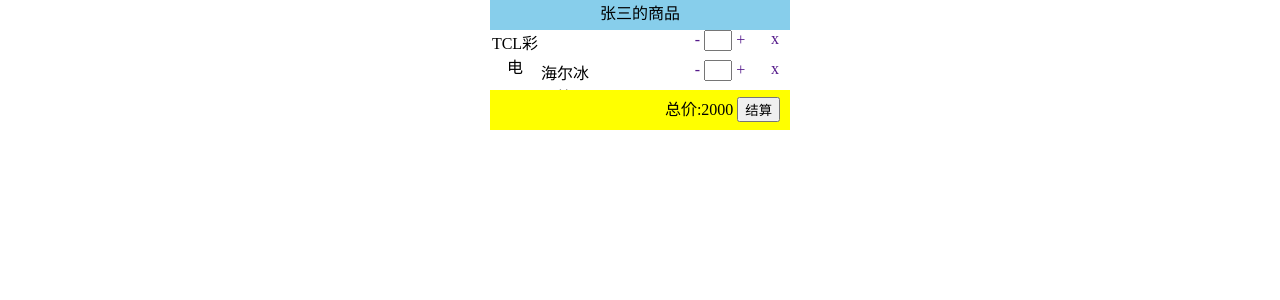
Repository: R1Deemo/Vue
Page: 10购物车.html
An editor plug-in stored every save of this project. The page is shown before and after the next save, followed by the edit.
The browser window is 1280 px wide. The pictures show the whole page.

Above is the page before, as saved 2022-11-14 15:52:34.

After the next save:
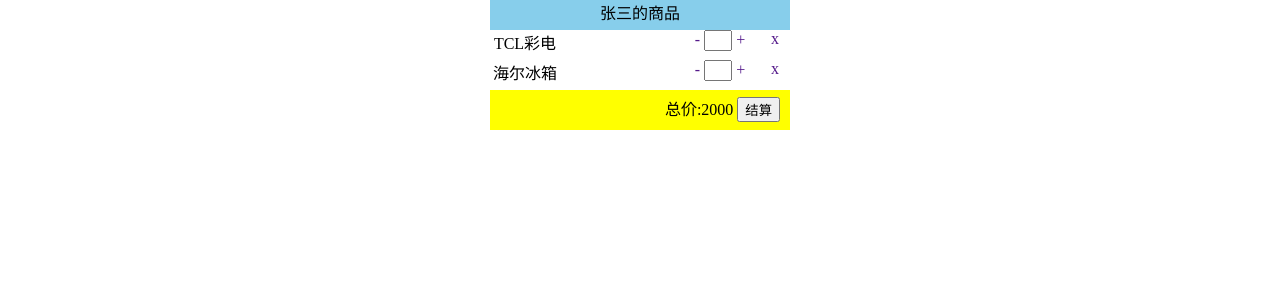
Saved 24 s later.
--- a/css/购物车.css
+++ b/css/购物车.css
@@ -36,7 +36,7 @@ a {
 
 .name {
     float: left;
-    width: 50px;
+    width: 70px;
 }
 
 .cart {
